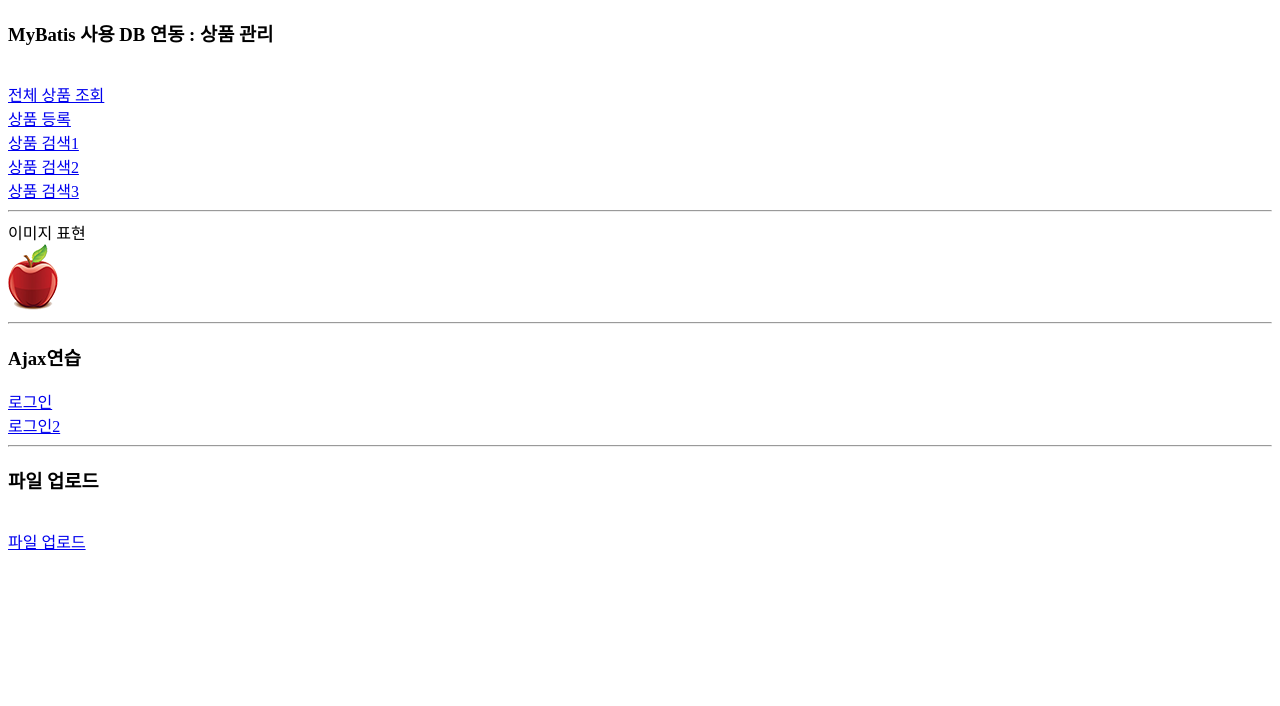
Repository: dddo3421/springBoot
Page: http://localhost/spring_boot_mybatis/WEB-INF/views/index.jsp
These files come from the project's save history. The page is drawn as it stood at one moment and after a run of saves; the edit follows.
The browser window is 1280 px wide. The pictures show the whole page.
The page is served by Tomcat 10. Nobody is signed in. Other server files are loaded and not shown. The template is opened directly, without the code that normally fills it, so the values that code supplies are empty.

Above is the page before, as saved 2025-09-30 05:02:25.

### spring_boot_mybatis/src/main/webapp/WEB-INF/views/index.jsp
<%@ page language="java" contentType="text/html; charset=UTF-8"
    pageEncoding="UTF-8"%>
<%@ taglib uri="http://java.sun.com/jsp/jstl/core" prefix="c" %>
<!DOCTYPE html>
<html>
	<head>
		<meta charset="UTF-8">
		<title>index 페이지</title>
	</head>
	<body>
		<h3>MyBatis 사용 DB 연동 : 상품 관리</h3><br>

		<a href="<c:url value='/product/listAllProduct'/>">전체 상품 조회</a><br>
		<a href="<c:url value='/product/newProductForm'/>">상품 등록</a><br>
		<a href="<c:url value='/product/productSearchForm1'/>">상품 검색1</a><br>
		<a href="<c:url value='/product/productSearchForm2'/>">상품 검색2</a><br>
		<a href="<c:url value='/product/productSearchForm3'/>">상품 검색3</a><br>
		<hr>
		이미지 표현<br>
		<img src="<c:url value='/image/apple.png'/>" /><br>
		<hr>
		<h3>Ajax연습</h3>
		<a href="<c:url value='/loginForm'/>">로그인</a><br>
		<a href="<c:url value='/loginForm2'/>">로그인2</a><br>

		<hr>
		<h3>파일 업로드</h3><br>
		<a href="<c:url value='/fileUploadForm'/>">파일 업로드</a><br>



</body>
</html>

After the next 2 saves:
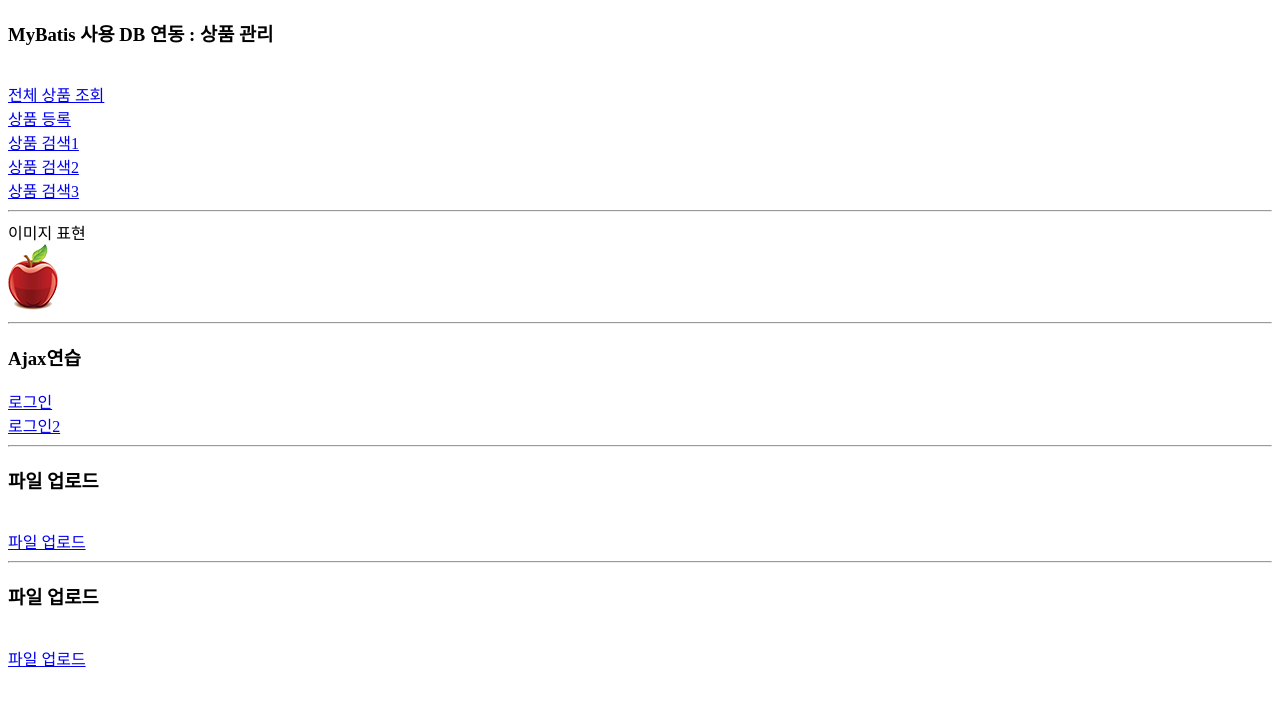
The 2 saves are shown as one change because they came seconds apart.
The last was saved 4 min 21 s later.
--- a/spring_boot_mybatis/src/main/webapp/WEB-INF/views/index.jsp
+++ b/spring_boot_mybatis/src/main/webapp/WEB-INF/views/index.jsp
@@ -27,6 +27,10 @@
 		<h3>파일 업로드</h3><br>
 		<a href="<c:url value='/fileUploadForm'/>">파일 업로드</a><br>
 
+		<hr>
+		<h3>파일 업로드</h3><br>
+		<a href="<c:url value='/fileUploadForm'/>">파일 업로드</a><br>
+
 
 
 </body>
